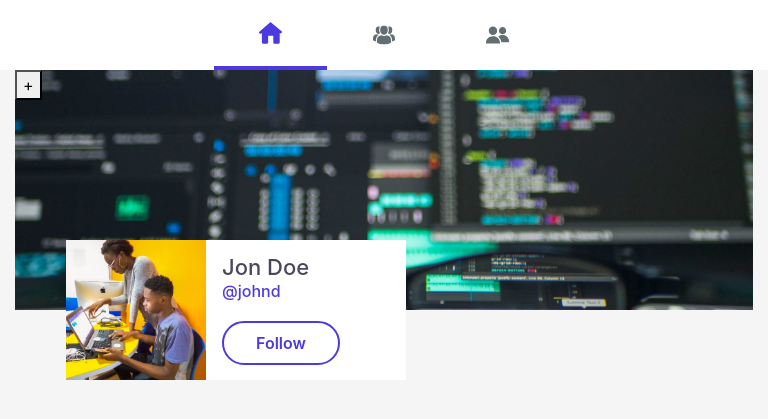
Repository: Flovet-stack/memic
Page: admin-profile.html
These files come from the project's save history. The page is drawn as it stood at one moment and after the next save; the edit follows.
The browser window is 768 px wide. The pictures show the whole page.
Some web fonts or font styles are not loaded; a fallback is used.

Above is the page before, as saved 2020-10-27 23:27:22.
Console error: TypeError: Cannot read properties of undefined (reading 'fn')

After the next save:
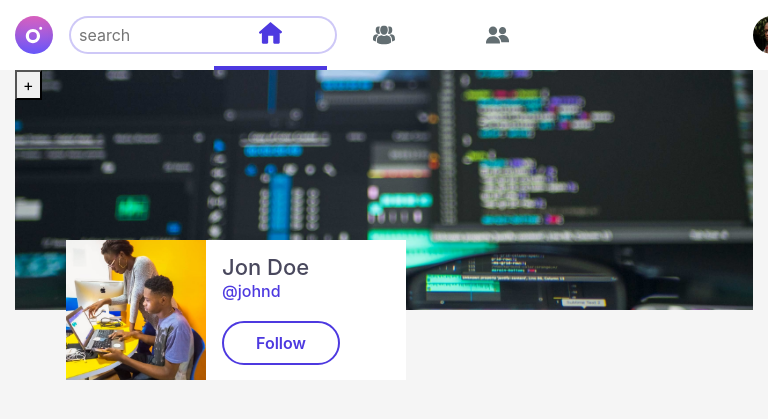
Saved 38 s later.
--- a/css/home.css
+++ b/css/home.css
@@ -439,8 +439,7 @@
     .home-head-sec-1 ,
     .home-head-sec-3 {
         width: 0px;
-        display: none;
-        margin: 0 auto;
+        /* display: none; */
         background-color: red !important;
     }
     .home-head-sec-1 .logo img {
